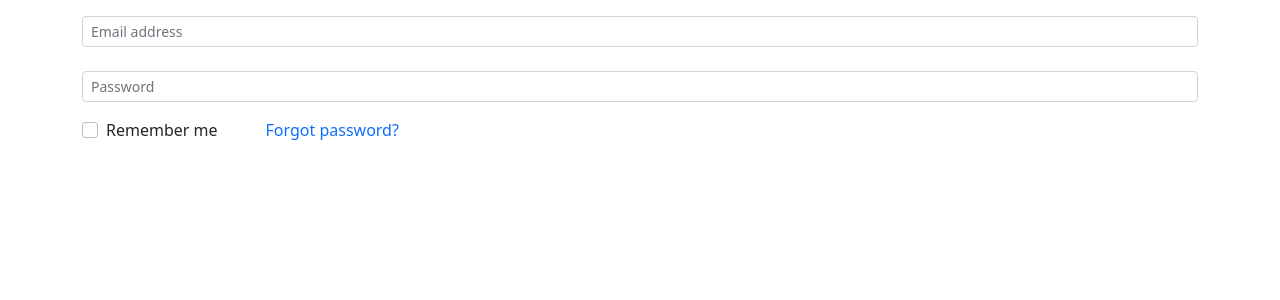
Repository: NPhanA/React2022
Page: / (app in Day 03-React/exercise/)
These files come from the project's save history. The page is drawn as it stood at one moment and after the next save; the edit follows.
The browser window is 1280 px wide. The pictures show the whole page.
The project was rebuilt for these pictures with package versions that can differ from the ones it lists, and the page was loaded fresh each time. Also part of the build but not shown: Day 03-React/exercise/src/App.css, Day 03-React/exercise/src/App.js, Day 03-React/exercise/src/Components/UserAgent.js, Day 03-React/exercise/src/Components/ProfileCard.js.

Above is the page before, as saved 2022-07-26 22:13:01.

### Day 03-React/exercise/src/index.js
import React from 'react';
import ReactDOM from 'react-dom/client';
import './index.css';
import App from './App';
import reportWebVitals from './reportWebVitals';
import 'bootstrap/dist/css/bootstrap.min.css';
import {createRoot} from 'react-dom/client';
import UserAgent from './Components/UserAgent';
import App1 from './Components/ProfileCard';
import ProfileCard from './Components/ProfileCard';
import SignInForm from './Components/SignInForm';
const container = document.getElementById('root');
const root = createRoot(container);
root.render(<SignInForm />);

### Day 03-React/exercise/src/Components/SignInForm.js
function SignInForm() {
    return (
        <div className="container ">
            <div className="row justify-content-center ">
                <form className="form-inline">
                    <div className="col-xs-12 col-xxl-3 border-primary">
                        <input type="email" className="form-control form-control-sm mt-3 mb-4" placeholder="Email address" required></input>
                        <input type="password" className="form-control form-control-sm" placeholder="Password" required></input>
                    </div>
                    <div class="form-check mt-3 ">
                        <input className="form-check-input" type="checkbox" value="" id="flexCheckDefault"></input>
                        <label class="form-check-label" for="flexCheckDefault">
                            Remember me
                        </label>
                        <span className="text-primary ms-5">Forgot password?</span>
                    </div>
                </form>
            </div>
        </div>
    );
}

export default SignInForm;

Loaded but not shown: Day 03-React/exercise/public/index.html (common file); Day 03-React/exercise/src/index.css (common file); Day 03-React/exercise/src/reportWebVitals.js (common file)

After the next save:
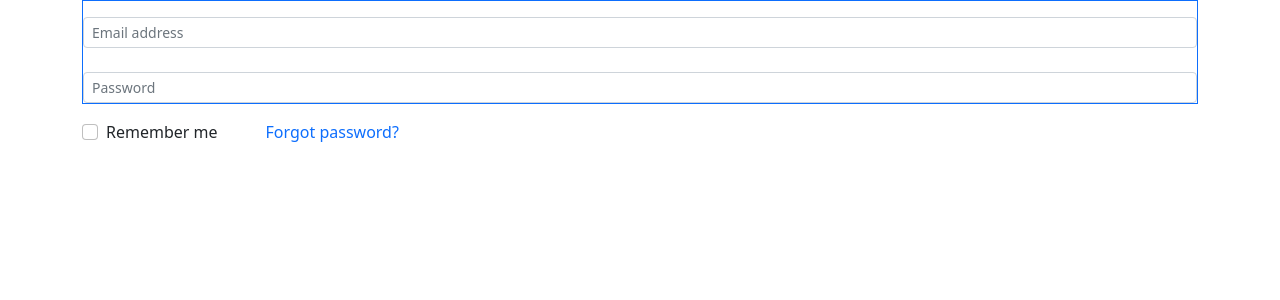
Saved 8 s later.
--- a/Day 03-React/exercise/src/Components/SignInForm.js
+++ b/Day 03-React/exercise/src/Components/SignInForm.js
@@ -3,7 +3,7 @@ function SignInForm() {
         <div className="container ">
             <div className="row justify-content-center ">
                 <form className="form-inline">
-                    <div className="col-xs-12 col-xxl-3 border-primary">
+                    <div className="col-xs-12 col-xxl-3  border border-primary">
                         <input type="email" className="form-control form-control-sm mt-3 mb-4" placeholder="Email address" required></input>
                         <input type="password" className="form-control form-control-sm" placeholder="Password" required></input>
                     </div>

After the save that followed:
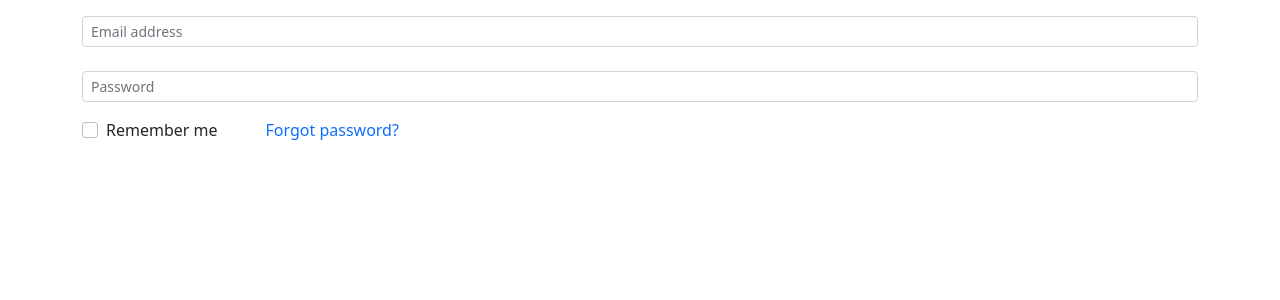
Saved 14 s later.
--- a/Day 03-React/exercise/src/Components/SignInForm.js
+++ b/Day 03-React/exercise/src/Components/SignInForm.js
@@ -3,7 +3,7 @@ function SignInForm() {
         <div className="container ">
             <div className="row justify-content-center ">
                 <form className="form-inline">
-                    <div className="col-xs-12 col-xxl-3  border border-primary">
+                    <div className="col-xs-12 col-xxl-3">
                         <input type="email" className="form-control form-control-sm mt-3 mb-4" placeholder="Email address" required></input>
                         <input type="password" className="form-control form-control-sm" placeholder="Password" required></input>
                     </div>
